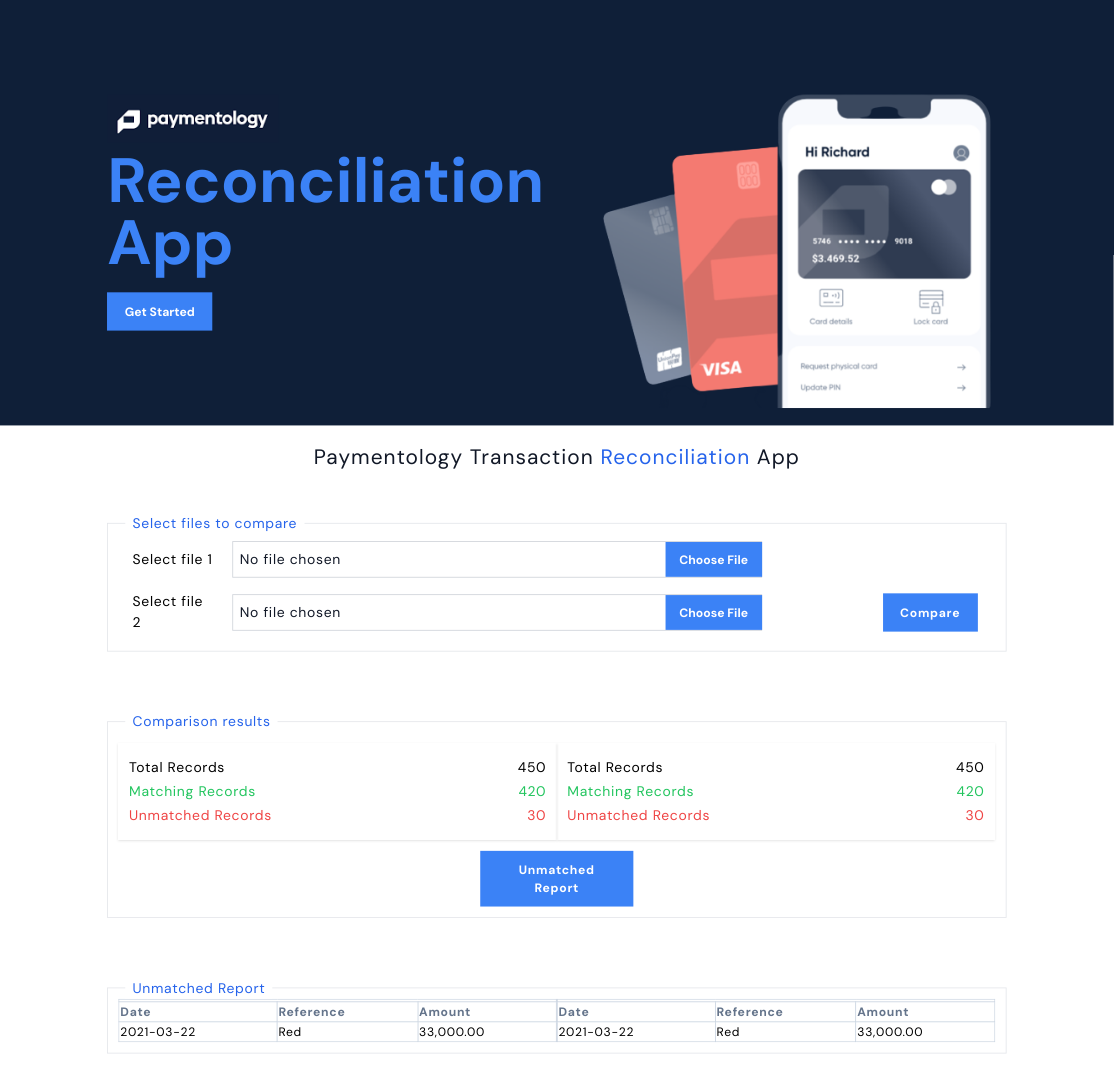
Repository: chionye/paymentology-front
Page: /
These files come from the project's save history. The page is drawn as it stood at one moment and after a run of saves; the edit follows.
The browser window is 1280 px wide. The pictures show the whole page, at 87% of full size.
The project was rebuilt for these pictures with package versions that can differ from the ones it lists, and the page was loaded fresh each time.

Above is the page before, as saved 2022-03-20 13:56:27.

### public/index.html
<!DOCTYPE html>
<html lang="en">
  <head>
    <meta charset="utf-8" />
    <link rel="icon" href="%PUBLIC_URL%/favicon.ico" />
    <meta name="viewport" content="width=device-width, initial-scale=1" />
    <meta name="theme-color" content="#000000" />
    <meta
      name="description"
      content="Web site created using create-react-app"
    />
    <link rel="preconnect" href="https://fonts.googleapis.com">
    <link rel="preconnect" href="https://fonts.gstatic.com" crossorigin>
    <link href="https://fonts.googleapis.com/css2?family=DM+Sans:wght@400;700&display=swap" rel="stylesheet">
    <link rel="apple-touch-icon" href="%PUBLIC_URL%/logo192.png" />
    <!--
      manifest.json provides metadata used when your web app is installed on a
      user's mobile device or desktop. See https://developers.google.com/web/fundamentals/web-app-manifest/
    -->
    <link rel="manifest" href="%PUBLIC_URL%/manifest.json" />
    <!--
      Notice the use of %PUBLIC_URL% in the tags above.
      It will be replaced with the URL of the `public` folder during the build.
      Only files inside the `public` folder can be referenced from the HTML.

      Unlike "/favicon.ico" or "favicon.ico", "%PUBLIC_URL%/favicon.ico" will
      work correctly both with client-side routing and a non-root public URL.
      Learn how to configure a non-root public URL by running `npm run build`.
    -->
    <title>React App</title>
  </head>
  <body>
    <noscript>You need to enable JavaScript to run this app.</noscript>
    <div id="root"></div>
    <!--
      This HTML file is a template.
      If you open it directly in the browser, you will see an empty page.

      You can add webfonts, meta tags, or analytics to this file.
      The build step will place the bundled scripts into the <body> tag.

      To begin the development, run `npm start` or `yarn start`.
      To create a production bundle, use `npm run build` or `yarn build`.
    -->
  </body>
</html>

### src/index.css
@tailwind base;
@tailwind components;
@tailwind utilities;

body {
  margin: 0;
  padding:0;
  box-sizing: border-box;
  font-family: -apple-system, BlinkMacSystemFont, 'Segoe UI', 'Roboto', 'Oxygen',
    'Ubuntu', 'Cantarell', 'Fira Sans', 'Droid Sans', 'Helvetica Neue',
    sans-serif;
  -webkit-font-smoothing: antialiased;
  -moz-osx-font-smoothing: grayscale;
  font-family: 'DM Sans', sans-serif;
}

input[type=file]::file-selector-button {
  position: absolute;
  right:-5px;
  top:0;

}
input[type=file]::-ms-browse {
  position: absolute;
  right:-5px;
  top:0;
}

input[type=file]::-webkit-file-upload-button {
  position: absolute;
  right:-5px;
  top:0;
}

### src/App.js
import Banner from "./components/Banner";
import CompareFiles from "./components/CompareFiles";
import { FileProvider } from "./context/index.context";
import Results from "./components/Results";
import Report from "./components/Report";
import Title from "./components/Title";

function App() {
  return (
    <FileProvider>
      <Banner />
      <Title />

      <CompareFiles />
      <Results />
      <Report />
    </FileProvider>

  );
}

export default App;

### src/components/Banner.js
import BannerImg from "../assets/PaymentologyImg.png";
import Logo from "../assets/PaymentologyLogo.png"
import Container from "./Container";
import Button from "./Button";
const Banner = () => {
    const style = {
        background: "#0f1f38"
    }
    return(
        <div style={style} >
            <Container>
                <div className="w-5/6 mx-auto flex flex-col md:flex-row md:justify-between md:items-center">
                    <div className="w-1/2 text-white  font-bold">
                        <img className="" src={Logo}  alt="Paymentology Logo"/>
                        <h1 className="text-7xl mt-2 text-blue-500">Reconciliation <span>App</span></h1>
                        {/* <div className="w-4/6 h-1 bg-white"></div> */}

                        <div className="mt-5">
                            <Button label="Get Started" />
                        </div>

                    </div>
                    <div className="w-1/2 ">
                        <img src={BannerImg} alt="Banner" />
                    </div>
                </div>

            </Container>



        </div>
    )
}

export default Banner;

### src/components/CompareFiles.js
import Button from "./Button";
import Container from "./Container";
import InputFile from "./InputFile";
import Section from "./Section";
import { useFileContext } from "../context/index.context";

const CompareFiles = () => {
    const {file, setFile} = useFileContext();

    const saveFile_1 = e => {
        setFile({
            ...file,
            file1: e.target.files[0],
            fileName1: e.target.files[0].name
        })
    }

    const saveFile_2 = e => {
        setFile({
            ...file,
            file2: e.target.files[0],
            fileName2: e.target.files[0].name
        })
    }

    return(
        <Container>
            <Section title={"Select files to compare"}>
                <InputFile
                file={"Select file 1"}
                handleFile={saveFile_1}
                 />
                <div className="flex flex-col md:flex-row md:items-center md:justify-between">
                    <InputFile
                    file={"Select file 2"}
                    handleFile={saveFile_2}
                    />
                    <div className="my-3 md:my-0 md:mr-5">

                    <Button width={"w-full"} label={"Compare"} />
                    </div>

                </div>
            </Section>
        </Container>

    )
}

export default CompareFiles;

### src/context/index.context.js
import { createContext, useContext, useState } from "react";

const FileContext = createContext(null);

export const FileProvider = ({children}) => {
     const [file, setFile] = useState({
        file1: '',
        fileName1: '',
        file2:'',
        fileName2: ''
    });

    return(
        <FileContext.Provider value={{file, setFile}}>
            {children}
        </FileContext.Provider>
    )
}

export const useFileContext = () => useContext(FileContext);

### src/components/Results.js
import Button from "./Button";
import Container from "./Container";
import FileSummary from "./FileSummary";
import Section from "./Section";
import { useFileContext } from "../context/index.context";

const Results = () => {
    const { file } = useFileContext();
    return(
        <Container>
            <Section title={"Comparison results"}>
                <div className="flex flex-col md:flex-row md:justify-between md:items-center">
                    <FileSummary
                        fileName={file.fileName1}
                        totalRecords={450}
                        matchingRecords={420}
                        unmatchedRecords={30}
                    />
                    <FileSummary
                        fileName={file.fileName2}
                        totalRecords={450}
                        matchingRecords={420}
                        unmatchedRecords={30}
                    />
                </div>
                <div className="md:flex md:w-44 md:justify-center md:mx-auto">
                        <Button width={"w-full"} label={"Unmatched Report"} />
                </div>
            </Section>
        </Container>
    )
}

export default Results;

### src/components/Report.js
import Container from "./Container";
import Section from "./Section";
import FileReports from "./FileReports";


const Report = () => {

    return(
        <Container>
            <Section title={"Unmatched Report"}>
                <FileReports />
            </Section>
        </Container>
    )
}

export default Report;

### src/components/Title.js
import Container from "./Container"

const Title = () => {
    return(
        <Container>
            <div className="md:w-5/6 mx-auto">
                <h1 className="font-medium tracking-wider text-center  leading-loose text-xl md:text-2xl text-gray-900">Paymentology Transaction <span className="text-blue-600">Reconciliation</span> App</h1>

            </div>
        </Container>
    )
}

export default Title;

### src/components/Container.js
const Container = (props) => {

    return <div className="p-5 mx-auto">{props.children}</div>
}
export default Container;

### src/components/Button.js
const Button = (props) => {

    return <button className={`${props.width} bg-blue-500 hover:bg-blue-700 py-3 px-5 text-sm text-white font-semibold`} disabled={true}>{props.label}</button>
}

export default Button;

### src/components/InputFile.js


const InputFile = (props) => {


    return(
        <div className="flex flex-col md:flex-row w-full md:w-3/4 md:items-center md:justify-between text-sm md:text-base tracking-wider my-2 md:px-4">
            <label className="w-28 ">{props.file}</label>
            <div className="w-full border border-1 border-gray-300 py-2.5 sm:py-2 relative md:ml-5">
                <input type="file"
                        className="block
                        font-medium
                        tracking-wider
                        w-full
                        pl-2
                        appearance-none
                        text-gray-900
                        file:py-2.5
                        file:px-4
                        file:border-0
                        file:text-sm
                        file:font-semibold
                        file:bg-blue-500
                        hover:file:bg-blue-700
                        file:text-white"
                        onChange={props.handleFile}
                    />
            </div>

        </div>
    )
}

export default InputFile;

### src/components/Section.js

const Section = (props) => {
    return(
        <div className="relative md:w-5/6  h-auto p-3 border border-1 border-gray mx-auto my-5 tracking-wider">
            <div className="absolute font-medium -top-3 left-1 md:left-5 bg-white  text-blue-600 px-2">{props.title}</div>
            {props.children}
        </div>
    )
}

export default Section;

### src/components/FileSummary.js
const FileSummary = (props) => {
    return(
        <div className="shadow text-sm md:text-base p-3 my-3 w-full md:w-1/2  max-w-lg tracking-wider ">
            <div className="font-semibold text-xl">{props.fileName}</div>
            <div className="flex flex-row justify-between my-1">
                <span>Total Records</span>
                <span>{props.totalRecords}</span>
            </div>
            <div className="flex flex-row justify-between my-1 text-green-500">
                <span>Matching Records</span>
                <span>{props.matchingRecords}</span>
            </div>
            <div className="flex flex-row justify-between my-1 text-red-500">
                <span>Unmatched Records</span>
                <span>{props.unmatchedRecords}</span>
            </div>
        </div>
    )
}

export default FileSummary;

### src/components/FileReports.js
import { useFileContext } from "../context/index.context";
import FileReport from './FileReport';

const FileReports = () => {
    const {file} = useFileContext();

    return(
        <div className="w-full overflow-x-scroll flex flex-row">
            <FileReport
                fileName={file.fileName1}
                date={'2021-03-22'}
                reference={'Red'}
                amount={'33,000.00'}
            />
            <FileReport
                fileName={file.fileName2}
                date={'2021-03-22'}
                reference={'Red'}
                amount={'33,000.00'}
            />
        </div>

    )
}

export default FileReports;

### src/components/FileReport.js
const FileReport = (props) => {
    return(
        <table className="w-full border-collapse border-gray-300 text-sm">
            <thead>
                <tr className="text-left">
                    <th className="font-medium text-base border border-slate-300" colSpan={3} >{props.fileName}</th>
                </tr>
                <tr className="text-left text-slate-500">
                    <th className="border border-slate-300">Date</th>
                    <th className="border border-slate-300">Reference</th>
                    <th className="border border-slate-300">Amount</th>
                </tr>
            </thead>
            <tbody>
                <tr>
                    <td className="border border-slate-300">{props.date}</td>
                    <td className="border border-slate-300">{props.reference}</td>
                    <td className="border border-slate-300">{props.amount}</td>
                </tr>
            </tbody>
        </table>
    )
}

export default FileReport;

Loaded but not shown: src/index.js (common file); src/reportWebVitals.js (common file); tailwind.config.js (common file)

After the next 3 saves:
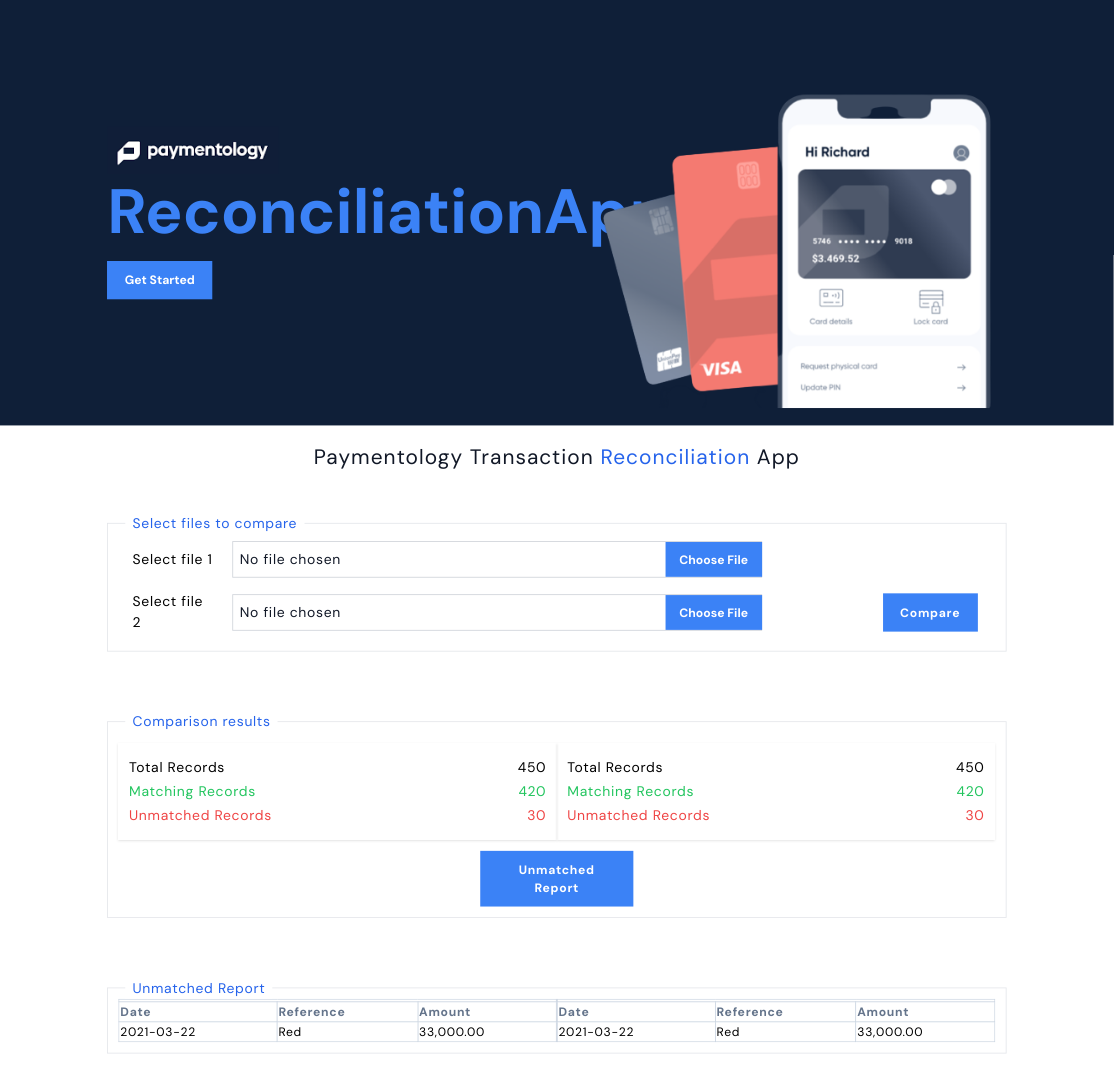
The 3 saves are shown as one change because they came seconds apart.
The last was saved 9 s later.
--- a/src/components/Banner.js
+++ b/src/components/Banner.js
@@ -12,7 +12,8 @@ const Banner = () => {
                 <div className="w-5/6 mx-auto flex flex-col md:flex-row md:justify-between md:items-center">
                     <div className="w-1/2 text-white  font-bold">
                         <img className="" src={Logo}  alt="Paymentology Logo"/>
-                        <h1 className="text-7xl mt-2 text-blue-500">Reconciliation <span>App</span></h1>
+                        <h1 className="text-7xl mt-2 text-blue-500">Reconciliation
+                        <span className="white">App</span></h1>
                         {/* <div className="w-4/6 h-1 bg-white"></div> */}
 
                         <div className="mt-5">
